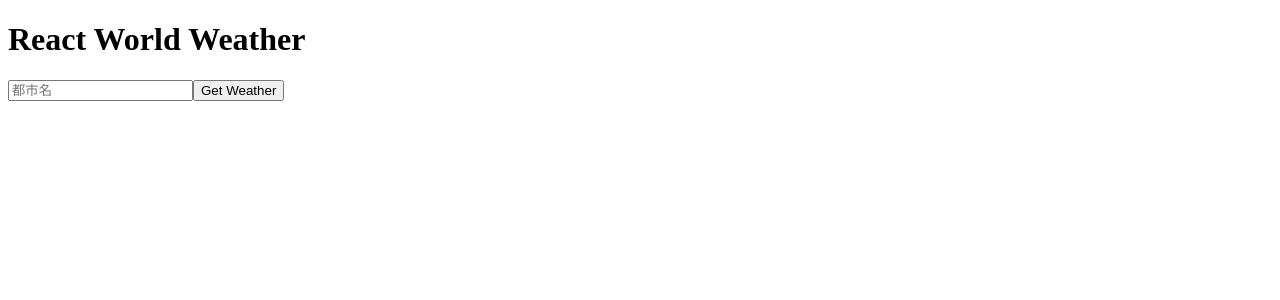
Repository: RyougaSeko/react-weather-app
Page: /
The author's editor kept a copy of each file at every save. The page is drawn from the files as they stood at one save, then again after a run of saves.
The browser window is 1280 px wide. The pictures show the whole page.
The project was rebuilt for these pictures with package versions that can differ from the ones it lists, and the page was loaded fresh each time. Also part of the build but not shown: src/App.css.

Above is the page before, as saved 2022-10-08 18:54:43.

### src/App.js
// App.js
import React from 'react'
import Title from "./components/Title"
import Form from "./components/Form"
import './App.css';

function App() {
  return (
    <div className="test">
      <Title />
      <Form />
    </div>
  );
}

export default App;

### src/components/Title.js
//Title.js
import React from 'react'

const Title = () => {
    return (
        <h1>React World Weather</h1>   //追加
    );
};

export default Title;

### src/components/Form.js
import React from 'react'
import { useState } from 'react';
import axios from "axios";


const Form = () => {
    const [city, setCity] = useState("");
    const getWeather = (e) => {
        e.preventDefault();
        axios.get("http://api.weatherapi.com/v1/current.json?key=8ede98548cc44339b4191053220810&q=London&aqi=no")
             .then(res => console.log(res))
    }
    return (

        <form>
            <input type="text" name="city" placeholder="都市名" onChange={e => setCity(e.target.value)}/>
            <button type="submit" onClick={getWeather}>Get Weather</button>
        </form>

    );
};

export default Form;

### src/components/Result.js
const Results = () {
    return (
        <h1>気象データ</h1>

    );
};

export default Results;

Loaded but not shown: public/index.html (common file); src/index.js (common file)

After the next 2 saves:
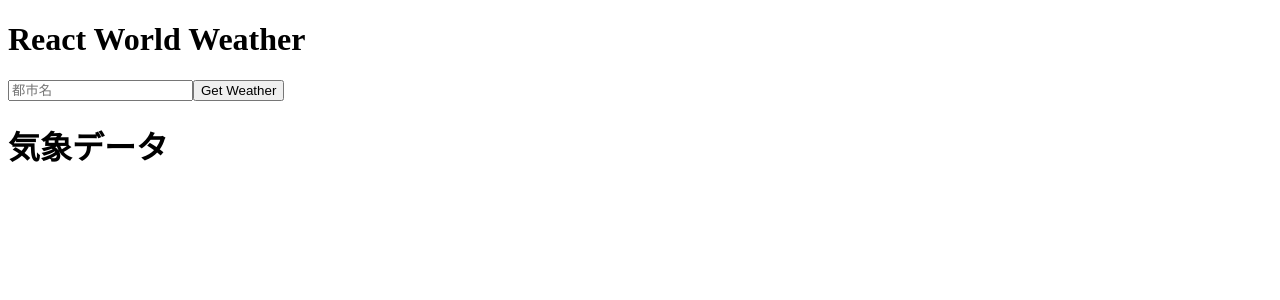
The 2 saves are shown as one change because 1 did not build or start.
The last was saved 39 s later.
--- a/src/App.js
+++ b/src/App.js
@@ -3,12 +3,14 @@ import React from 'react'
 import Title from "./components/Title"
 import Form from "./components/Form"
 import './App.css';
+import Results from './components/Result';
 
 function App() {
   return (
     <div className="test">
       <Title />
       <Form />
+      <Results />
     </div>
   );
 }
--- a/src/components/Result.js
+++ b/src/components/Result.js
@@ -1,4 +1,4 @@
-const Results = () {
+const Results = () => {
     return (
         <h1>気象データ</h1>
 
